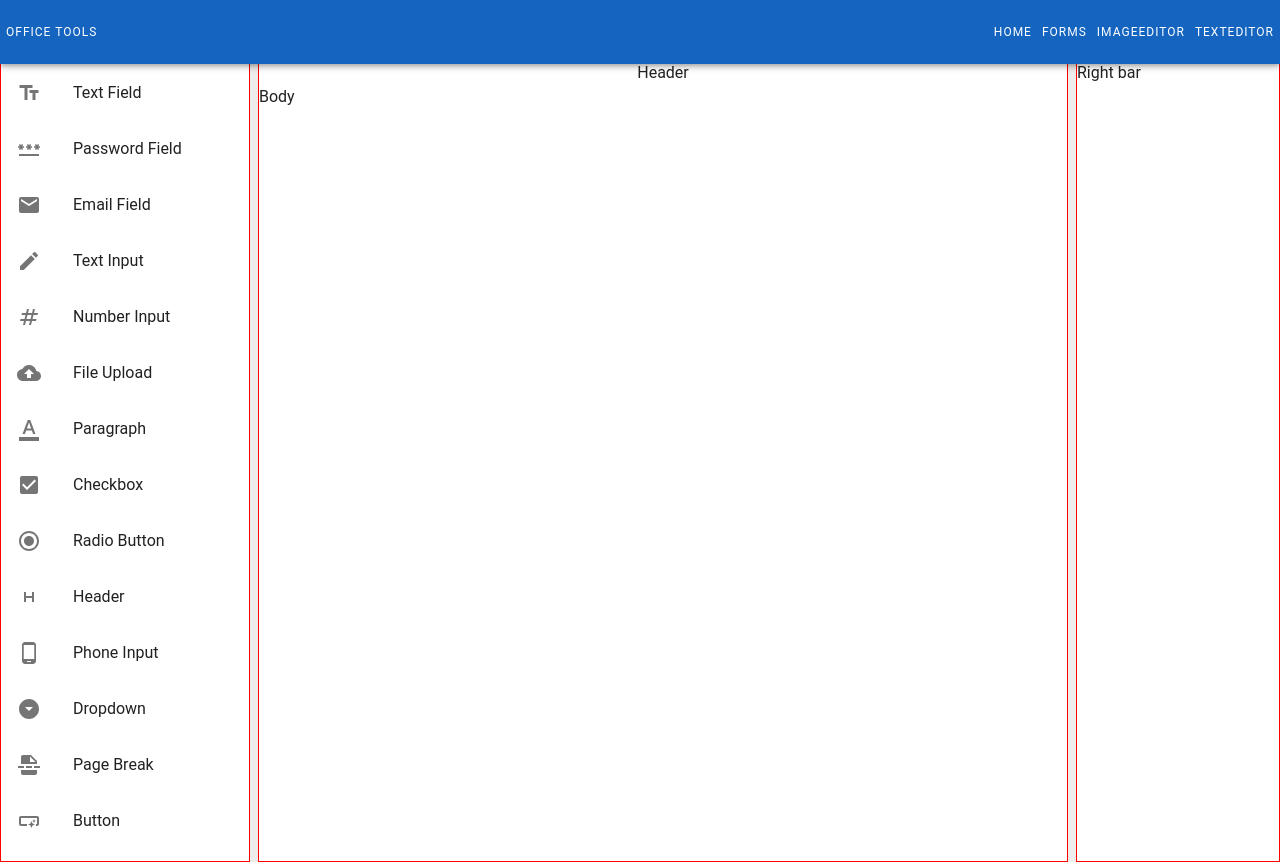
Repository: Vijay-Singh1/office-tools
Page: /form-builder/Create-Form
The author's editor kept a copy of each file at every save. The page is drawn from the files as they stood at one save, then again after the next save.
The browser window is 1280 px wide. The pictures show the whole page.
The project was rebuilt for these pictures with package versions that can differ from the ones it lists, and the page was loaded fresh each time. Also part of the build but not shown: vite.config.ts, src/FormBuilderApp/src/pages/FormBuilderHome.tsx, src/FormBuilderApp/src/pages/OpenForms.tsx, src/App.css, src/components/common/sidebar/Sidebar.tsx, src/ImageEditor/src/pages/ImageEditorHome.tsx, src/ImageEditor/src/pages/CreateImage.tsx, src/DocsEditor/src/pages/DocsEditorHome.tsx and 1 more.

Above is the page before, as saved 2024-09-13 22:26:12.

### index.html
<!doctype html>
<html lang="en">
  <head>
    <meta charset="UTF-8" />
    <link rel="icon" type="image/svg+xml" href="/vite.svg" />
    <meta name="viewport" content="width=device-width, initial-scale=1.0" />
    <title>Office Tools</title>
  </head>
  <body>
    <div id="root"></div>
    <script type="module" src="/src/main.tsx"></script>
  </body>
</html>

### src/main.tsx
import { StrictMode } from 'react'
import { createRoot } from 'react-dom/client'
import App from './App.tsx'
import './index.css'// Import Tailwind CSS
import { ThemeProvider } from '@mui/material/styles';
import CssBaseline from '@mui/material/CssBaseline';
import theme from "./appTheme/appTheme.ts"
import AppRoutes from './routes.js';
createRoot(document.getElementById('root')!).render(
  <StrictMode>
    <ThemeProvider theme={theme}>
    <CssBaseline />
    <AppRoutes />
    </ThemeProvider>
  </StrictMode>,
)

### src/appTheme/appTheme.ts
// src/theme/theme.js

import { createTheme } from '@mui/material/styles';
import { blue,  red, orange, green, grey } from '@mui/material/colors';

const theme = createTheme({
  palette: {
    primary: {
      light: blue[300], // Light shade for hover effects, etc.
      main: blue[600],  // Main primary color
      dark: blue[800],  // Dark shade for contrast
      contrastText: '#ffffff',
    },
    secondary: {
      light: blue[200], // Light blue as a secondary color
      main: blue[400],  // A mid-range blue for secondary actions
      dark: blue[700],  // Darker shade for emphasis
      contrastText: '#ffffff',
    },
    error: {
      main: red[500],
    },
    warning: {
      main: orange[500],
    },
    info: {
      main: blue[300],
    },
    success: {
      main: green[500],
    },
    background: {
      default: '#ffffff',
      paper: blue[50], // Very light blue background for paper components
    },
    text: {
      primary: grey[900],
      secondary: blue[800], // Dark blue text for secondary elements
    },
    action: {
      hover: blue[100], // Light blue on hover
      selected: blue[50], // Even lighter blue when an item is selected
      disabledBackground: blue[50], // Light blue background for disabled items
      disabled: grey[400], // Disabled text color
    },
    divider: blue[100], // Light blue for dividers and borders
  },
  typography: {
    fontFamily: 'Roboto, Arial, sans-serif',
    h1: {
      fontWeight: 700,
      color: blue[800], // Dark blue for headings
    },
    h2: {
      fontWeight: 700,
      color: blue[700], // Slightly lighter for sub-headings
    },
    subtitle1: {
      fontSize: 12,
      letterSpacing : "1px"
    },
  },
  spacing :[0,2,4,6,8,10],
  components: {
    MuiButton: {
      styleOverrides: {
        root: {
          borderRadius: 8,
          '&:hover': {
            backgroundColor: blue[700], // Darker blue on hover
          },
        },
      },
    },
    MuiAppBar: {
      styleOverrides: {
        colorPrimary: {
          backgroundColor: blue[800], // Darker shade for AppBar
        },
      },
    },
    MuiPaper: {
      styleOverrides: {
        root: {
          backgroundColor: blue[50], // Very light blue for paper components
        },
      },
    },
    // Add more component customizations as needed
  },
});

export default theme;

### src/routes.tsx
import React from 'react';
import { createBrowserRouter, RouterProvider } from 'react-router-dom';
import { formBuilderRoutes } from './FormBuilderApp/src/formBuilderRoutes';
import App from './App';
import { imageEditorRoutes } from './ImageEditor/src/ImageEditorRoutes';
import { docsEditorRoutes } from './DocsEditor/src/docsEditorRoutes';

// Combine routes from different modules
const router = createBrowserRouter([
  {
    path: '/',
    element: <App />,
    children: [
      ...formBuilderRoutes,
      ...imageEditorRoutes,
      ...docsEditorRoutes
      // Add other module routes here
    ],
  },
]);

const AppRoutes: React.FC = () => {
  return <RouterProvider router={router} />;
};

export default AppRoutes;

### src/FormBuilderApp/src/formBuilderRoutes.tsx
import React from 'react';
import { RouteObject } from 'react-router-dom';
import FormBuilderHome from './pages/FormBuilderHome';
import CreateForm from './pages/CreateForm';
import OpenForms from './pages/OpenForms';
import FormBuilderMain from './pages/FormBuilderMain';


export const formBuilderRoutes: RouteObject[] = [
  {
    path: 'form-builder',
    element: < FormBuilderMain/>,
    children: [
      {
        path: '/form-builder',
        element: <FormBuilderHome />,
      },
      {
        path: '/form-builder/Create-Form',
        element: <CreateForm />,
      },
      {
        path: '/form-builder/Open-Form',
        element: <OpenForms />,
      },
    ],
  },
];

### src/App.tsx
import { Outlet } from "react-router-dom";
import "./App.css";
import Sidebar from "./components/common/appBar/sidebar/Sidebar";
import { AppBar, Box, IconButton, Stack, Toolbar, Typography,   } from "@mui/material";
import MenuIcon from '@mui/icons-material/Menu';
import Appbar from "./components/common/appBar/Appbar";
import {DndContext} from '@dnd-kit/core';
const App: React.FC = () => {

  return (
    <DndContext>
      <Stack direction="column" bgcolor = "#EEEDEB">
        <Appbar/>
      <Box>
        <Outlet />
      </Box>
      </Stack>
      </DndContext>

  );
};

export default App;

### src/ImageEditor/src/ImageEditorRoutes.tsx
import React from 'react';
import { RouteObject } from 'react-router-dom';
import ImageEditorMain from './pages/ImageEditorMain';
import ImageEditorHome from './pages/ImageEditorHome';
import CreateImage from './pages/CreateImage';


export const imageEditorRoutes: RouteObject[] = [
  {
    path: 'image-editor',
    element: < ImageEditorMain/>,
    children: [
      {
        path: '/image-editor',
        element: <ImageEditorHome />,
      },
      {
        path: '/image-editor/Create-Image',
        element: <CreateImage />,
      },

    ],
  },
];

### src/DocsEditor/src/docsEditorRoutes.tsx
import React from 'react';
import { RouteObject } from 'react-router-dom';
import DocsEditorMain from './pages/DocsEditorMain';
import DocsEditorHome from './pages/DocsEditorHome';
import CreateDocs from './pages/CreateDocs';


export const docsEditorRoutes: RouteObject[] = [
  {
    path: '/docs-editor',
    element: < DocsEditorMain/>,
    children: [
      {
        path: '/docs-editor',
        element: <DocsEditorHome />,
      },
      {
        path: '/docs-editor/Create-docs',
        element: <CreateDocs />,
      },

    ],
  },
];

### src/FormBuilderApp/src/pages/CreateForm.tsx

import Box from '@mui/material/Box';
import React from 'react'
import { Stack } from '@mui/material';
import FormSidebar from '../components/sidebar/Sidebar';
import CenterComponent from '../components/centerComponent/centerComponent';
import RightBar from '../components/RightBar/RightBar';



const CreateForm : React.FC = () => {
  return (
    <Box  flex ={1} minHeight="calc(100vh - 60px)"   >
      <Stack direction="row" spacing={4}  justifyContent={"space-between"} sx={{ height: '100%' }}  >
      <FormSidebar/>
      <CenterComponent/>
      <RightBar/>
</Stack>
    </Box>
  )
}

export default CreateForm

### src/FormBuilderApp/src/pages/FormBuilderMain.tsx
import { Box, Stack } from '@mui/material'
import { Outlet } from 'react-router-dom'



const FormBuilderMain = () => {
  return (
      <Box width={"100%"} >
        <Stack direction="row" spacing={2}>
            <Outlet />
          </Stack>
          </Box>
  )
}

export default FormBuilderMain

### src/components/common/appBar/Appbar.tsx
import { AppBar, Box, styled, Toolbar, Typography } from '@mui/material'
import React from 'react'
import HomeRepairServiceIcon from '@mui/icons-material/HomeRepairService';
import { NavLink } from 'react-router-dom';

const StyledToolBar = styled(Toolbar)({
    display : "flex",
    justifyContent : "space-between"
})

const NavItems = styled(Box)(({theme}) =>({
    color : theme.palette.primary.contrastText,
    display: "flex",
    // border : "1px solid red",
    gap: theme.spacing(5)
}))

const StyledNavLink = styled(NavLink)(({theme})=>({
    width : "40%",
    color : theme.palette.primary.contrastText,
    textDecoration : "none",


}))

const Appbar = () => {
  return (
    <Box sx={{ flexGrow: 1 }} height={"60px"} position="sticky" top={0} zIndex={1000}>
    <AppBar position='static' >
        <StyledToolBar>
        <Typography variant='subtitle1' sx={{display : {sm : "block", xs : "none"}}}>OFFICE TOOLS</Typography>
            <HomeRepairServiceIcon sx={{display : {sm : "none", xs : "block"}}}/>
            <NavItems>
            <StyledNavLink to="/"><Typography variant='subtitle1'>HOME</Typography> </StyledNavLink>
            <StyledNavLink to="/form-builder"><Typography variant='subtitle1'>FORMS</Typography></StyledNavLink>
            <StyledNavLink to="/image-editor"><Typography variant='subtitle1'>IMAGEEDITOR</Typography></StyledNavLink>
            <StyledNavLink to="/docs-editor"><Typography variant='subtitle1'>TEXTEDITOR</Typography></StyledNavLink>
        </NavItems>
        </StyledToolBar>

    </AppBar>
    </Box>
  )
}

export default Appbar

### src/ImageEditor/src/pages/ImageEditorMain.tsx
import { Home } from '@mui/icons-material'
import { Box, Stack } from '@mui/material'
import React from 'react'
import { Outlet } from 'react-router-dom'
import Sidebar from '../../../components/common/sidebar/Sidebar'


const sideBarItem = [
    {
      text :"ImageEditor",
      icon :<Home/>
    },
    {
      text :"ImageEditor",
      icon :<Home/>
    },
    {
      text :"ImageEditor",
      icon :<Home/>
    },
    {
      text :"ImageEditor",
      icon :<Home/>
    },
  ]
const ImageEditorMain = () => {
  return (
    <Box width={"100%"}>
      <Stack direction="row" spacing={2}>
        <Sidebar items ={sideBarItem}/>
          <Outlet />
        </Stack>
        </Box>
  )
}

export default ImageEditorMain

### src/DocsEditor/src/pages/DocsEditorMain.tsx
import { Box, Stack } from '@mui/material'
import React from 'react'
import Sidebar from '../../../components/common/sidebar/Sidebar'
import { Outlet } from 'react-router-dom'
import { Home } from '@mui/icons-material'


const sideBarItem = [
    {
      text :"Docs",
      icon :<Home/>
    },
    {
      text :"Docs",
      icon :<Home/>
    },
    {
      text :"Docs",
      icon :<Home/>
    },
    {
      text :"Docs",
      icon :<Home/>
    },
  ]
const DocsEditorMain = () => {
  return (
    <Box width={"100%"}>
        <Stack direction="row" spacing={2}>
          <Sidebar items ={sideBarItem}/>
            <Outlet />
          </Stack>
          </Box>
  )
}

export default DocsEditorMain

### src/FormBuilderApp/src/components/sidebar/Sidebar.tsx
import { Box, List, ListItem, ListItemButton, ListItemIcon, ListItemText, Radio } from '@mui/material'
import React from 'react'
import { ArrowDropDownCircle, CheckBox, FormatColorText, HMobiledata, Home, InsertPageBreak, PhoneAndroid, RadioButtonChecked, SmartButton } from '@mui/icons-material';
import { SidebarItem } from '../../pages/formTypes';
import TextFieldsIcon from '@mui/icons-material/TextFields';
import PasswordIcon from '@mui/icons-material/Password';
import EmailIcon from '@mui/icons-material/Email';
import CreateIcon from '@mui/icons-material/Create';
import NumbersIcon from '@mui/icons-material/Numbers';
import CloudUploadIcon from '@mui/icons-material/CloudUpload';
import {useDraggable} from '@dnd-kit/core';


const sideBarItem :SidebarItem[] = [
  {
    text :"Text Field",
    icon :<TextFieldsIcon/>
  },
  {
    text :"Password Field",
    icon :<PasswordIcon/>
  },
  {
    text :"Email Field",
    icon :<EmailIcon/>
  },
  {
    text :"Text Input",
    icon :<CreateIcon/>
  },
  {
    text :"Number Input",
    icon :<NumbersIcon/>
  },
  {
    text :"File Upload",
    icon :<CloudUploadIcon/>
  },
  {
    text :"Paragraph",
    icon :<FormatColorText/>
  },
  {
    text :"Checkbox",
    icon :<CheckBox/>
  },
  {
    text :"Radio Button",
    icon :<RadioButtonChecked/>
  },
  {
    text :"Header",
    icon :<HMobiledata/>
  },
  {
    text :"Phone Input",
    icon :<PhoneAndroid/>
  },
  {
    text :"Dropdown",
    icon :<ArrowDropDownCircle/>
  },
  {
    text :"Page Break",
    icon :<InsertPageBreak/>
  },
  {
    text :"Button",
    icon :<SmartButton/>
  },
]

const Draggable = ({ icon , text, id, label }) => {
  const { attributes, listeners, setNodeRef, transform } = useDraggable({
    id,
  });

  const style = {
    // transform: `translate3d(${transform?.x}px, ${transform?.y}px, 0)`,
    // padding: '8px',
    // border: '1px solid #ccc',
    marginBottom: '8px',
    cursor: 'grab',
  };

  return (

      <ListItem disablePadding ref={setNodeRef} style={style} {...listeners} {...attributes}
      sx={{'&:hover': {
            bgcolor: 'lightgrey',
          }}} >
          <ListItemButton  >
            <ListItemIcon>
              {icon}
            </ListItemIcon>
            <ListItemText >{text}</ListItemText>

          </ListItemButton>
        </ListItem>

  );
};


const FormSidebar:React.FC<SidebarItem> = () => {
  return (
    <Box
    width="250px"
    overflowY="auto"
    bgcolor="white"
    border="1px solid red"
    sx={{ height: '100%' }}  >
      <List>
      {sideBarItem?.map((item, idx) =>(
        <Draggable key={idx}  icon = {item.icon}  text  = {item.text} id={idx}  />
      ))}
      </List>
    </Box>
  )
}

export default FormSidebar

### src/FormBuilderApp/src/components/centerComponent/centerComponent.jsx
import { Box, Stack } from '@mui/material'
import React from 'react'
import FormSidebar from '../sidebar/Sidebar'
import { Home } from '@mui/icons-material'


const CenterComponent = () => {
  return (
    <Box flex={4} bgcolor={"white"} width="250px"
    overflowY="auto"
    border="1px solid red"
    sx={{ height: '100%' }}  >
      <Stack direction={'column'} spacing={6}>
        <Box bgcolor={"white"} flex ={1} display={"flex"} justifyContent={"center"} >Header</Box>
        <Box>Body</Box>
      </Stack>
    </Box >
  )
}

export default CenterComponent

### src/FormBuilderApp/src/components/RightBar/RightBar.jsx
import { Box } from '@mui/material'
import React from 'react'

const RightBar = () => {
  return (
    <Box flex={1}  width="250px"
    overflowY="auto"
    bgcolor="white"
    border="1px solid red"
    sx={{ height: '100%' }}>
      Right bar
    </Box>
  )
}

export default RightBar

Loaded but not shown: src/index.css (common file)

After the next save:
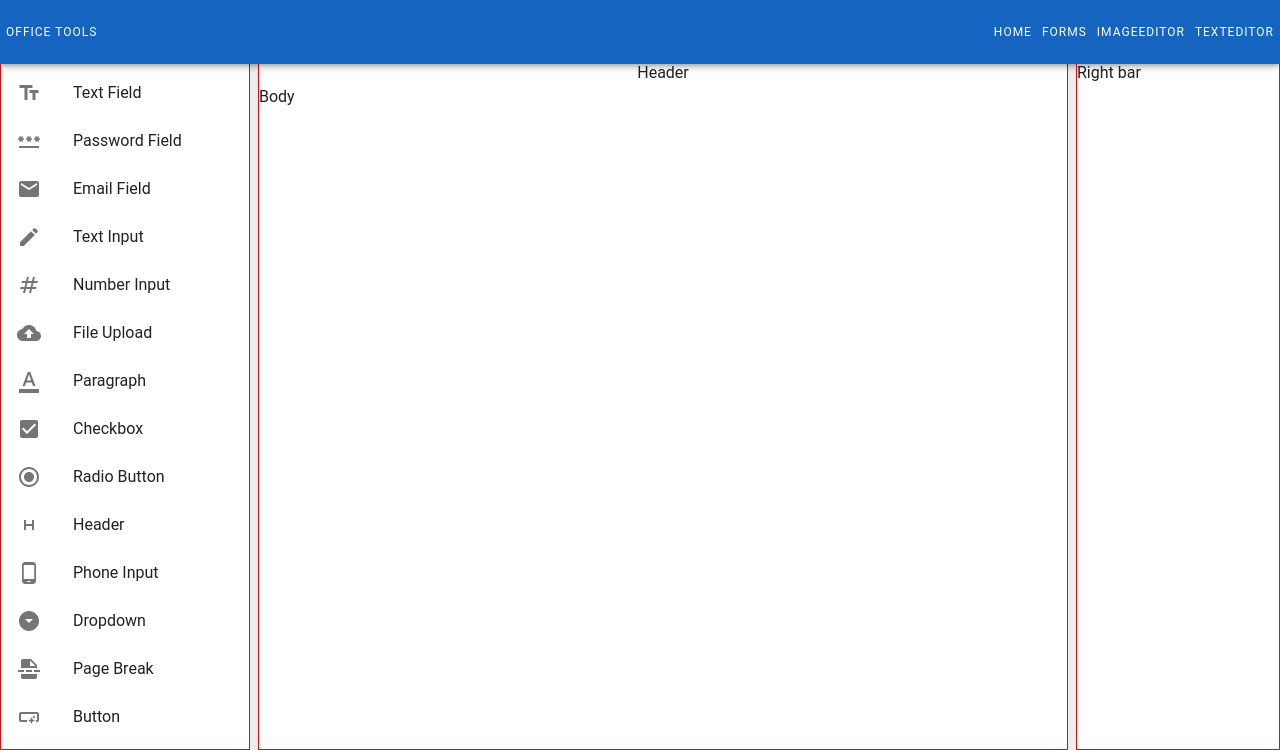
Saved 35 s later.
--- a/src/FormBuilderApp/src/components/sidebar/Sidebar.tsx
+++ b/src/FormBuilderApp/src/components/sidebar/Sidebar.tsx
@@ -85,7 +85,7 @@
 
   return (
 
-      <ListItem disablePadding ref={setNodeRef} style={style} {...listeners} {...attributes}
+      <ListItem disablePadding ref={setNodeRef}
       sx={{'&:hover': {
             bgcolor: 'lightgrey',
           }}} >

After the save that followed:
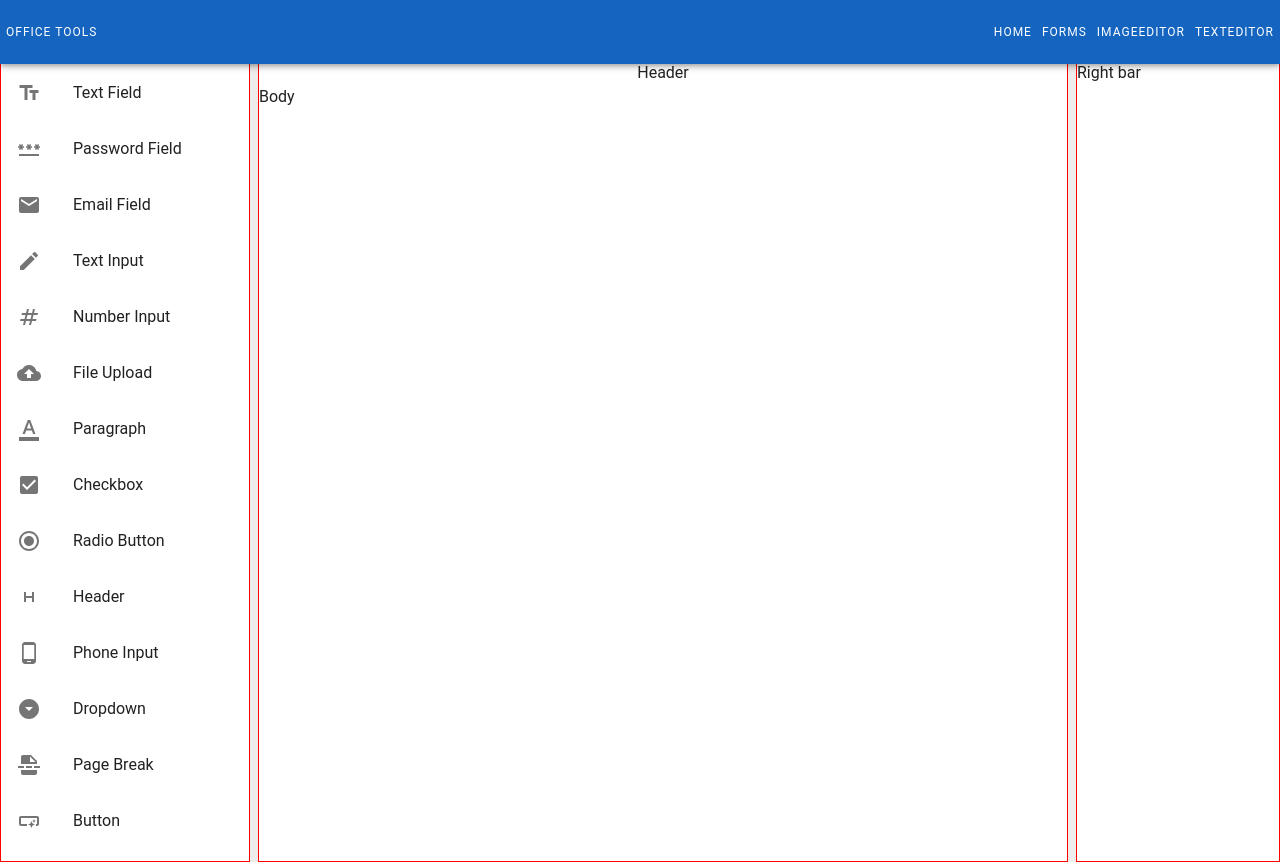
Saved 23 s later.
--- a/src/FormBuilderApp/src/components/sidebar/Sidebar.tsx
+++ b/src/FormBuilderApp/src/components/sidebar/Sidebar.tsx
@@ -76,7 +76,7 @@
   });
 
   const style = {
-    // transform: `translate3d(${transform?.x}px, ${transform?.y}px, 0)`,
+    transform: `translate3d(${transform?.x}px, ${transform?.y}px, 0)`,
     // padding: '8px',
     // border: '1px solid #ccc',
     marginBottom: '8px',
@@ -85,9 +85,9 @@
 
   return (
 
-      <ListItem disablePadding ref={setNodeRef}
+      <ListItem disablePadding ref={setNodeRef} style={style} {...listeners} {...attributes}
       sx={{'&:hover': {
-            bgcolor: 'lightgrey',
+            bgcolor: 'primary.dark',
           }}} >
           <ListItemButton  >
             <ListItemIcon>
